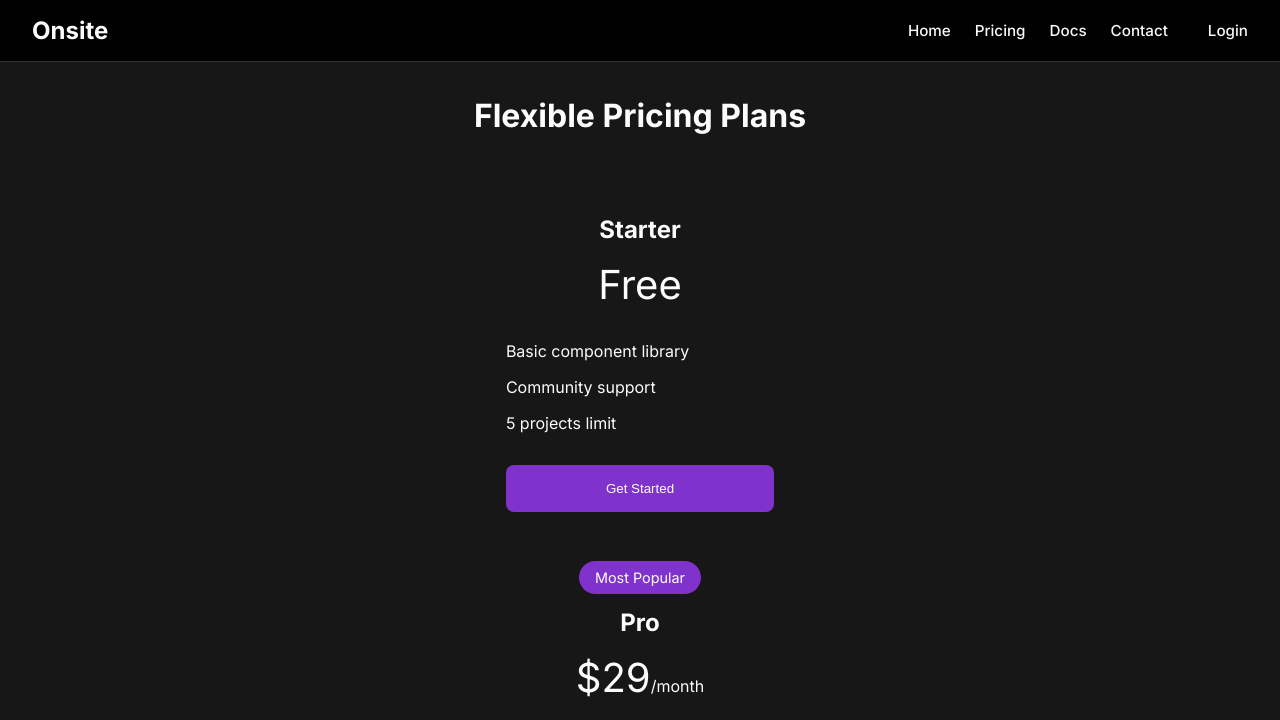
Repository: arifsoul/onsite
Page: /pricing (app in onsite/)
An editor plug-in stored every save of this project. The page is shown before and after the next save, followed by the edit.
The browser window is 1280 px wide. The pictures show the whole page.
An inner scrolling area shows only its first screen. The project was rebuilt for these pictures with package versions that can differ from the ones it lists, and the page was loaded fresh each time. Also part of the build but not shown: onsite/vite.config.js, onsite/src/components/Editor/CSSPanel.jsx, onsite/src/components/Editor/JSPanel.jsx, onsite/src/components/Editor/ComponentEditor.css, onsite/src/components/Editor/ComponentEditor.jsx, onsite/src/components/Preview/LivePreview.jsx, onsite/src/components/Auth/GoogleLogin.css, onsite/src/components/Auth/GoogleLogin.jsx and 12 more.

Above is the page before, as saved 2025-04-16 11:36:38.

### onsite/src/index.css
/* src/index.css */
@import url('https://fonts.googleapis.com/css2?family=Inter:wght@400;600;700&display=swap');

* {
  margin: 0;
  padding: 0;
  box-sizing: border-box;
}

html, body {
  height: 100%;
  width: 100%;
  overflow-x: hidden; /* Mencegah scroll horizontal */
}

body {
  font-family: 'Inter', sans-serif;
  background-color: #f8f9fa;
}

#root {
  display: flex;
  flex-direction: column;
  min-height: 100vh;
  width: 100%;
}

### onsite/src/App.jsx
import { BrowserRouter as Router, Routes, Route } from 'react-router-dom';
import { Auth0Provider } from '@auth0/auth0-react';
import { CodeProvider } from './context/CodeContext';
import Home from './pages/Home';
import Editor from './pages/Editor';
import Login from './pages/Login';
import Pricing from './pages/Pricing';
import Docs from './pages/Docs';
import Contact from './pages/Contact';
import './App.css';

function App() {
  return (
    <Auth0Provider
      domain={import.meta.env.VITE_AUTH0_DOMAIN}
      clientId={import.meta.env.VITE_AUTH0_CLIENT_ID}
      redirectUri={window.location.origin}
    >
      <CodeProvider>
        <Router>
          <Routes>
            <Route path="/" element={<Home />} />
            <Route path="/login" element={<Login />} />
            <Route path="/editor" element={<Editor />} />
            <Route path="/pricing" element={<Pricing />} />
            <Route path="/docs" element={<Docs />} />
            <Route path="/contact" element={<Contact />} />
          </Routes>
        </Router>
      </CodeProvider>
    </Auth0Provider>
  );
}

export default App;

### onsite/src/context/CodeContext.jsx
import { createContext, useState, useContext } from 'react';

export const CodeContext = createContext();

export const CodeProvider = ({ children }) => {
  const [generatedCode, setGeneratedCode] = useState({
    html: '',
    css: '',
    js: '',
  });
  const [components, setComponents] = useState([]);

  const updateComponent = (id, updates) => {
    setComponents((prev) =>
      prev.map((comp) =>
        comp.id === id ? { ...comp, ...updates } : comp
      )
    );
  };

  return (
    <CodeContext.Provider
      value={{ generatedCode, setGeneratedCode, components, setComponents, updateComponent }}
    >
      {children}
    </CodeContext.Provider>
  );
};

export const useCode = () => useContext(CodeContext);

### onsite/src/pages/Pricing.jsx
import React from 'react';
import './Pricing.css';
import NavMenu from '../components/Navigation/NavMenu';

const Pricing = () => {
  return (
    <div className="pricing-page">
      <header className="home-header">
        <NavMenu />
      </header>
      <h1>Flexible Pricing Plans</h1>
      <div className="pricing-cards">
        <div className="pricing-card">
          <h2>Starter</h2>
          <div className="price">Free</div>
          <ul>
            <li>Basic component library</li>
            <li>Community support</li>
            <li>5 projects limit</li>
          </ul>
          <button className="cta-button">Get Started</button>
        </div>

        <div className="pricing-card popular">
          <div className="popular-badge">Most Popular</div>
          <h2>Pro</h2>
          <div className="price">$29<span>/month</span></div>
          <ul>
            <li>Full component library</li>
            <li>Priority support</li>
            <li>Unlimited projects</li>
            <li>AI Code Generation</li>
          </ul>
          <button className="cta-button">Go Pro</button>
        </div>

        <div className="pricing-card">
          <h2>Enterprise</h2>
          <div className="price">Custom</div>
          <ul>
            <li>Dedicated support</li>
            <li>Team collaboration</li>
            <li>Custom components</li>
            <li>SSO & Security</li>
          </ul>
          <button className="cta-button">Contact Sales</button>
        </div>
      </div>
    </div>
  );
};

export default Pricing;

### onsite/src/components/Navigation/NavMenu.jsx
import React, { useState } from 'react';
import { Link } from 'react-router-dom';
import GoogleLogin from '../Auth/GoogleLogin';
import './NavMenu.css';

const NavMenu = () => {
  const [isOpen, setIsOpen] = useState(false);

  const toggleMenu = () => {
    setIsOpen(!isOpen);
  };

  return (
    <nav className="nav-menu">
      <div className="nav-logo">
        <Link to="/" onClick={() => setIsOpen(false)}>
          <h1>Onsite</h1>
        </Link>
      </div>
      <button className="hamburger" onClick={toggleMenu} aria-label="Toggle menu">
        <span className="hamburger-icon"></span>
      </button>
      <ul className={isOpen ? 'open' : ''}>
        <li><Link to="/" onClick={() => setIsOpen(false)}>Home</Link></li>
        <li><Link to="/pricing" onClick={() => setIsOpen(false)}>Pricing</Link></li>
        <li><Link to="/docs" onClick={() => setIsOpen(false)}>Docs</Link></li>
        <li><Link to="/contact" onClick={() => setIsOpen(false)}>Contact</Link></li>
        <li className="nav-login">
          <Link to="/login" onClick={() => setIsOpen(false)}>Login</Link>
        </li>
      </ul>
    </nav>
  );
};

export default NavMenu;

### onsite/src/pages/Home.css
@import url('https://fonts.googleapis.com/css2?family=Inter:wght@300;400;500;600;700&display=swap');

:root {
  --gray1: hsl(0, 0%, 99%);
  --gray2: hsl(0, 0%, 97.3%);
  --gray3: hsl(0, 0%, 95.1%);
  --gray4: hsl(0, 0%, 93%);
  --gray12: hsl(0, 0%, 9%);
  --primary: hsl(270, 60%, 50%);
  --primary-hover: hsl(270, 60%, 45%);
  --normal-bg: hsl(0, 0%, 9%);
  --normal-border: hsl(0, 0%, 20%);
  --normal-text: hsl(0, 0%, 99%);
}

body {
  margin: 0;
  font-family: 'Inter', ui-sans-serif, system-ui, -apple-system, BlinkMacSystemFont, 'Segoe UI', Roboto, 'Helvetica Neue', Arial, 'Noto Sans', sans-serif;
  background: var(--normal-bg);
  color: var(--normal-text);
  overflow-x: hidden;
}

/* Layout Container */
.home-container {
  display: flex;
  flex-direction: column;
  min-height: 100vh;
  max-width: 100%;
}

/* Header */
.home-header {
  display: flex;
  justify-content: space-between;
  align-items: center;
  padding: 1rem 2rem;
  background: rgba(0, 0, 0, 0.95);
  border-bottom: 1px solid var(--normal-border);
  position: fixed;
  top: 0;
  left: 0;
  width: 100%;
  z-index: 1000;
}

.header-content {
  display: flex;
  justify-content: space-between;
  align-items: center;
  max-width: 1440px;
  width: 100%;
  margin: 0 auto;
}

.logo h1 {
  font-size: 1.5rem;
  font-weight: 700;
  color: var(--gray1);
  margin: 0;
}

.logo span {
  font-size: 0.875rem;
  font-weight: 400;
  color: var(--gray3);
}

.nav-menu ul {
  list-style: none;
  display: flex;
  gap: 1.5rem;
  margin: 0;
  padding: 0;
}

.nav-menu a {
  text-decoration: none;
  color: var(--gray2);
  font-weight: 500;
  font-size: 0.95rem;
  transition: color 0.2s ease;
}

.nav-menu a:hover {
  color: var(--primary);
}

/* Main Content */
.home-main {
  padding: 80px 2rem 2rem;
  max-width: 1440px;
  margin: 0 auto;
  width: 100%;
}

/* Hero Section */
.hero-section {
  text-align: center;
  padding: 6rem 2rem;
  border-radius: 16px;
  margin-bottom: 4rem;
}

.hero-section h1 {
  font-size: 3rem;
  font-weight: 700;
  margin-bottom: 1.5rem;
  color: var(--gray1);
}

.hero-section p {
  font-size: 1.2rem;
  font-weight: 400;
  max-width: 800px;
  margin: 0 auto 2rem;
  color: var(--gray3);
}

.hero-cta {
  display: inline-flex;
  align-items: center;
  gap: 0.5rem;
  padding: 0.75rem 2rem;
  background: linear-gradient(90deg, var(--primary), hsl(270, 60%, 60%));
  color: var(--gray1);
  text-decoration: none;
  border-radius: 9999px;
  font-size: 1rem;
  font-weight: 600;
  transition: background 0.3s ease, transform 0.2s ease;
}

.hero-cta:hover {
  background: linear-gradient(90deg, var(--primary-hover), hsl(270, 60%, 55%));
  transform: translateY(-2px);
}

/* Feature Section */
.feature-section {
  margin-bottom: 4rem;
}

.feature-header {
  text-align: center;
  margin-bottom: 3rem;
}

.feature-header h2 {
  font-size: 2.25rem;
  font-weight: 700;
  color: var(--gray1);
}

.feature-header p {
  font-size: 1.1rem;
  color: var(--gray3);
  max-width: 800px;
  margin: 0.5rem auto 0;
}

.feature-list {
  display: grid;
  grid-template-columns: repeat(auto-fit, minmax(300px, 1fr));
  gap: 2rem;
  list-style: none;
  padding: 0;
}

.feature-card {
  padding: 2rem;
  background: rgba(255, 255, 255, 0.05);
  border: 1px solid var(--normal-border);
  border-radius: 16px;
  transition: transform 0.3s ease, box-shadow 0.3s ease;
}

.feature-card:hover {
  transform: translateY(-5px);
  box-shadow: 0 4px 12px rgba(0, 0, 0, 0.2);
}

.feature-icon {
  width: 24px;
  height: 24px;
  color: var(--primary);
  margin-bottom: 1rem;
}

.feature-card h3 {
  font-size: 1.5rem;
  font-weight: 600;
  color: var(--gray1);
  margin-bottom: 0.5rem;
}

.feature-card p {
  font-size: 1rem;
  color: var(--gray3);
}

/* Code Playground */
.code-playground {
  display: flex;
  flex-direction: column;
  gap: 2rem;
  padding: 3rem 2rem;
  background: rgba(255, 255, 255, 0.03);
  border-radius: 16px;
  margin-bottom: 4rem;
}

.playground-header {
  text-align: center;
  margin-bottom: 2rem;
}

.playground-header h2 {
  font-size: 2.25rem;
  font-weight: 700;
  color: var(--gray1);
}

.playground-header p {
  font-size: 1.1rem;
  color: var(--gray3);
}

.generator-section,
.preview-section,
.editor-section {
  padding: 2rem;
  background: rgba(255, 255, 255, 0.05);
  border: 1px solid var(--normal-border);
  border-radius: 12px;
}

.generator-section h3,
.preview-section h3,
.editor-section h3 {
  font-size: 1.75rem;
  font-weight: 600;
  color: var(--gray1);
  margin-bottom: 1rem;
}

.generator-inputs {
  display: flex;
  flex-direction: column;
  gap: 1.5rem;
  width: 100%;
}

.generator-file h4 {
  font-size: 1.1rem;
  font-weight: 500;
  color: var(--gray2);
  margin-bottom: 0.5rem;
}

.generator-file textarea,
.code-editor textarea {
  width: 100%;
  height: 200px;
  font-family: 'Courier New', monospace;
  font-size: 0.95rem;
  padding: 1rem;
  border: none;
  border-radius: 8px;
  background: hsl(0, 0%, 12%);
  color: var(--gray1);
  resize: vertical;
  box-shadow: inset 0 2px 8px rgba(0, 0, 0, 0.1);
  transition: box-shadow 0.2s ease;
}

.generator-file textarea:focus,
.code-editor textarea:focus {
  outline: none;
  box-shadow: 0 0 0 3px rgba(108, 67, 255, 0.3);
}

.preview-iframe {
  width: 100%;
  height: 450px;
  border: none;
  border-radius: 12px;
  background: hsl(0, 0%, 12%);
  box-shadow: 0 4px 12px rgba(0, 0, 0, 0.2);
}

.tabs {
  display: flex;
  gap: 0.5rem;
  margin-bottom: 1rem;
}

.tabs button {
  padding: 0.5rem 1.5rem;
  background: rgba(255, 255, 255, 0.1);
  border: 1px solid var(--normal-border);
  border-radius: 9999px;
  font-size: 0.95rem;
  font-weight: 500;
  color: var(--gray2);
  cursor: pointer;
  transition: all 0.2s ease;
}

.tabs button.active {
  background: var(--primary);
  color: var(--gray1);
  border-color: var(--primary);
}

.tabs button:hover:not(.active) {
  background: rgba(255, 255, 255, 0.15);
}

/* Footer */
.home-footer {
  text-align: center;
  padding: 2rem;
  background: rgba(0, 0, 0, 0.95);
  border-top: 1px solid var(--normal-border);
  color: var(--gray3);
  font-size: 0.9rem;
}

.footer-content {
  max-width: 1440px;
  margin: 0 auto;
  display: flex;
  justify-content: center;
  align-items: center;
  gap: 1rem;
}

.footer-link {
  color: var(--primary);
  text-decoration: none;
}

.footer-link:hover {
  text-decoration: underline;
}

/* Animations */
@keyframes fadeIn {
  from { opacity: 0; transform: translateY(10px); }
  to { opacity: 1; transform: translateY(0); }
}

.hero-section,
.feature-card,
.generator-section,
.preview-section,
.editor-section {
  animation: fadeIn 0.5s ease-out;
}

/* Responsive Design */
@media (max-width: 1024px) {
  .home-main {
    padding: 80px 1rem 2rem;
  }

  .feature-list {
    grid-template-columns: 1fr;
  }

  .feature-card {
    width: 90%;
    margin: 0 auto;
  }

  .hero-section h1 {
    font-size: 2.5rem;
  }

  .hero-section p {
    font-size: 1.1rem;
    max-width: 600px;
  }
}

@media (max-width: 768px) {
  .home-header {
    flex-direction: column;
    align-items: flex-start;
    padding: 1rem;
  }

  .header-content {
    flex-direction: column;
    align-items: flex-start;
    gap: 1rem;
  }

  .nav-menu ul {
    flex-direction: column;
    gap: 0.75rem;
    width: 100%;
  }

  .hero-section {
    padding: 4rem 1rem;
  }

  .hero-section h1 {
    font-size: 2rem;
  }

  .hero-section p {
    font-size: 1rem;
  }

  .code-playground {
    padding: 2rem 1rem;
  }

  .generator-section,
  .preview-section,
  .editor-section {
    padding: 1.5rem;
  }

  .generator-file textarea,
  .code-editor textarea {
    height: 150px;
  }

  .preview-iframe {
    height: 350px;
  }

  .feature-header h2,
  .playground-header h2 {
    font-size: 1.75rem;
  }

  .feature-header p,
  .playground-header p {
    font-size: 1rem;
  }
}

@media (max-width: 600px) {
  .home-main {
    padding: 70px 0.5rem 1rem;
  }

  .hero-cta {
    padding: 0.6rem 1.5rem;
    font-size: 0.9rem;
  }

  .generator-section h3,
  .preview-section h3,
  .editor-section h3 {
    font-size: 1.25rem;
  }

  .generator-file h4 {
    font-size: 0.95rem;
  }

  .tabs button {
    padding: 0.4rem 1rem;
    font-size: 0.85rem;
  }
}

### onsite/src/pages/Pricing.css
.pricing-page {
  padding: 4rem 2rem;
  max-width: 1200px;
  margin: 0 auto;
}

.pricing-cards {
  display: grid;
  gap: 2rem;
  grid-template-columns: repeat(auto-fit, minmax(300px, 1fr));
  margin-top: 3rem;
}

.pricing-card {
  background: var(--card-bg);
  border-radius: 12px;
  padding: 2rem;
  position: relative;
  border: 1px solid var(--border-color);
}

.pricing-card.popular {
  border-color: var(--primary);
}

.popular-badge {
  position: absolute;
  top: -15px;
  left: 50%;
  transform: translateX(-50%);
  background: var(--primary);
  color: white;
  padding: 0.5rem 1rem;
  border-radius: 20px;
  font-size: 0.9rem;
}

.price {
  font-size: 2.5rem;
  margin: 1rem 0;
  color: var(--text-primary);
}

.price span {
  font-size: 1rem;
  color: var(--text-secondary);
}

.pricing-card ul {
  list-style: none;
  padding: 0;
  margin: 1.5rem 0;
}

.pricing-card li {
  padding: 0.5rem 0;
  display: flex;
  align-items: center;
  gap: 0.5rem;
}

.cta-button {
  width: 100%;
  padding: 1rem;
  background: var(--primary);
  color: white;
  border: none;
  border-radius: 8px;
  cursor: pointer;
  transition: all 0.2s;
}

.cta-button:hover {
  background: var(--primary-hover);
}

### onsite/src/components/Preview/LivePreview.css
/* Menggunakan CDN Font Awesome untuk ikon */
@import url('https://cdnjs.cloudflare.com/ajax/libs/font-awesome/6.4.0/css/all.min.css');

.preview-container {
  display: flex;
  flex-direction: column;
  gap: 15px;
  width: 100%;
  background: linear-gradient(135deg, #2a2e35 0%, #4a4e69 100%); /* Darker gradient */
  padding: 20px;
  border-radius: 10px;
  box-shadow: 0 4px 12px rgba(0, 0, 0, 0.3); /* Stronger shadow for dark theme */
}

.preview-tabs {
  display: flex;
  gap: 10px;
}

.preview-tabs button {
  padding: 10px 20px;
  border: none;
  background: #3a3f4a; /* Darker button background */
  cursor: pointer;
  border-radius: 8px;
  font-size: 14px;
  font-weight: 600;
  color: #d4d4d4; /* Lighter text for contrast */
  transition: all 0.3s ease;
  display: flex;
  align-items: center;
  gap: 8px;
  box-shadow: 0 2px 6px rgba(0, 0, 0, 0.2);
}

.preview-tabs button.active {
  background: #007bff;
  color: white;
  box-shadow: 0 4px 8px rgba(0, 123, 255, 0.3);
}

.preview-tabs button:hover {
  background: #4a5263; /* Slightly lighter on hover */
  transform: translateY(-2px);
}

.preview-iframe-container {
  transition: height 0.3s ease;
  overflow: hidden;
}

.preview-iframe-container.expanded {
  height: 500px; /* Tinggi lebih besar untuk tampilan lebih luas */
}

.preview-iframe-container.collapsed {
  height: 0;
}

.preview-iframe {
  width: 100%;
  height: 100%;
  border: none;
  border-radius: 8px;
  background: #1e1e1e; /* Darker iframe background */
  box-shadow: 0 4px 12px rgba(0, 0, 0, 0.3);
}

.code-preview {
  display: flex;
  flex-direction: column;
  gap: 15px;
}

.code-tabs {
  display: flex;
  gap: 10px;
  flex-wrap: wrap;
}

.tab-container {
  display: flex;
  align-items: center;
  gap: 5px;
}

.code-tabs button {
  padding: 10px 20px;
  border: none;
  background: #3a3f4a; /* Darker button background */
  cursor: pointer;
  border-radius: 8px;
  font-size: 14px;
  font-weight: 600;
  color: #d4d4d4; /* Lighter text for contrast */
  transition: all 0.3s ease;
  display: flex;
  align-items: center;
  gap: 8px;
  box-shadow: 0 2px 6px rgba(0, 0, 0, 0.2);
}

.code-tabs button.active {
  background: #007bff;
  color: white;
  box-shadow: 0 4px 8px rgba(0, 123, 255, 0.3);
}

.code-tabs button:hover {
  background: #4a5263; /* Slightly lighter on hover */
  transform: translateY(-2px);
}

.copy-button {
  padding: 8px;
  background: #3a3f4a; /* Darker button background */
  border-radius: 6px;
  font-size: 12px;
  color: #d4d4d4; /* Lighter text */
}

.copy-button:hover {
  background: #4a5263; /* Slightly lighter on hover */
  transform: translateY(-2px);
}

.copy-button:active {
  background: #007bff;
  color: white;
}

.code-content {
  width: 100%;
  display: flex;
  flex-direction: column;
  justify-content: flex-start; /* Align content to the left */
  text-align: left; /* Ensure text is left-aligned */
}

/* Gaya untuk CodeMirror */
.cm-editor {
  border: 1px solid #4a4e69; /* Darker border */
  border-radius: 8px;
  background: #1a1a1a; /* Darker editor background */
  color: #d4d4d4;
  box-shadow: 0 4px 12px rgba(0, 0, 0, 0.3);
  text-align: left; /* Explicitly left-align code */
}

.cm-editor:focus {
  outline: none;
  border-color: #007bff;
  box-shadow: 0 0 8px rgba(0, 123, 255, 0.3);
}

### onsite/src/components/Navigation/NavMenu.css
.nav-menu {
    display: flex;
    align-items: center;
    justify-content: space-between;
    width: 100%;
  }

  .nav-logo h1 {
    font-size: 1.5rem;
    font-weight: 700;
    color: var(--gray1);
    margin: 0;
  }

  .nav-menu ul {
    list-style: none;
    display: flex;
    gap: 1.5rem;
    margin: 0;
    padding: 0;
  }

  .nav-menu li {
    display: flex;
    align-items: center;
  }

  .nav-menu a {
    text-decoration: none;
    color: var(--gray2);
    font-weight: 500;
    font-size: 0.95rem;
    transition: color 0.2s ease;
  }

  .nav-menu a:hover {
    color: var(--primary);
  }

  .nav-login {
    margin-left: 1rem;
  }

  /* Hamburger styles */
  .hamburger {
    display: none;
    background: none;
    border: none;
    cursor: pointer;
    padding: 0.5rem;
  }

  .hamburger-icon,
  .hamburger-icon::before,
  .hamburger-icon::after {
    width: 24px;
    height: 3px;
    background: var(--gray2);
    display: block;
    transition: all 0.3s ease;
  }

  .hamburger-icon {
    position: relative;
  }

  .hamburger-icon::before,
  .hamburger-icon::after {
    content: '';
    position: absolute;
    left: 0;
  }

  .hamburger-icon::before {
    top: -8px;
  }

  .hamburger-icon::after {
    bottom: -8px;
  }

  .nav-menu.open .hamburger-icon {
    background: transparent;
  }

  .nav-menu.open .hamburger-icon::before {
    transform: rotate(45deg);
    top: 0;
  }

  .nav-menu.open .hamburger-icon::after {
    transform: rotate(-45deg);
    bottom: 0;
  }

  /* Mobile styles */
  @media (max-width: 768px) {
    .nav-menu {
      position: relative;
      flex-wrap: wrap;
    }

    .nav-logo {
      flex: 1;
    }

    .hamburger {
      display: block;
      z-index: 1001;
    }

    .nav-menu ul {
      display: none;
      flex-direction: column;
      position: absolute;
      top: 100%;
      left: 0;
      width: 100%;
      background: rgba(0, 0, 0, 0.95);
      padding: 1rem;
      border-bottom: 1px solid var(--normal-border);
      z-index: 1000;
    }

    .nav-menu ul.open {
      display: flex;
    }

    .nav-menu li {
      padding: 0.75rem 0;
      justify-content: center;
    }

    .nav-menu a {
      font-size: 1rem;
    }

    .nav-login {
      margin-left: 0;
      width: 100%;
      justify-content: center;
    }
  }

  /* Ensure header compatibility */
  @media (max-width: 768px) {
    .home-header {
      position: relative;
    }
  }

Loaded but not shown: onsite/index.html (common file); onsite/src/main.jsx (common file); onsite/src/App.css (common file)

After the next save:
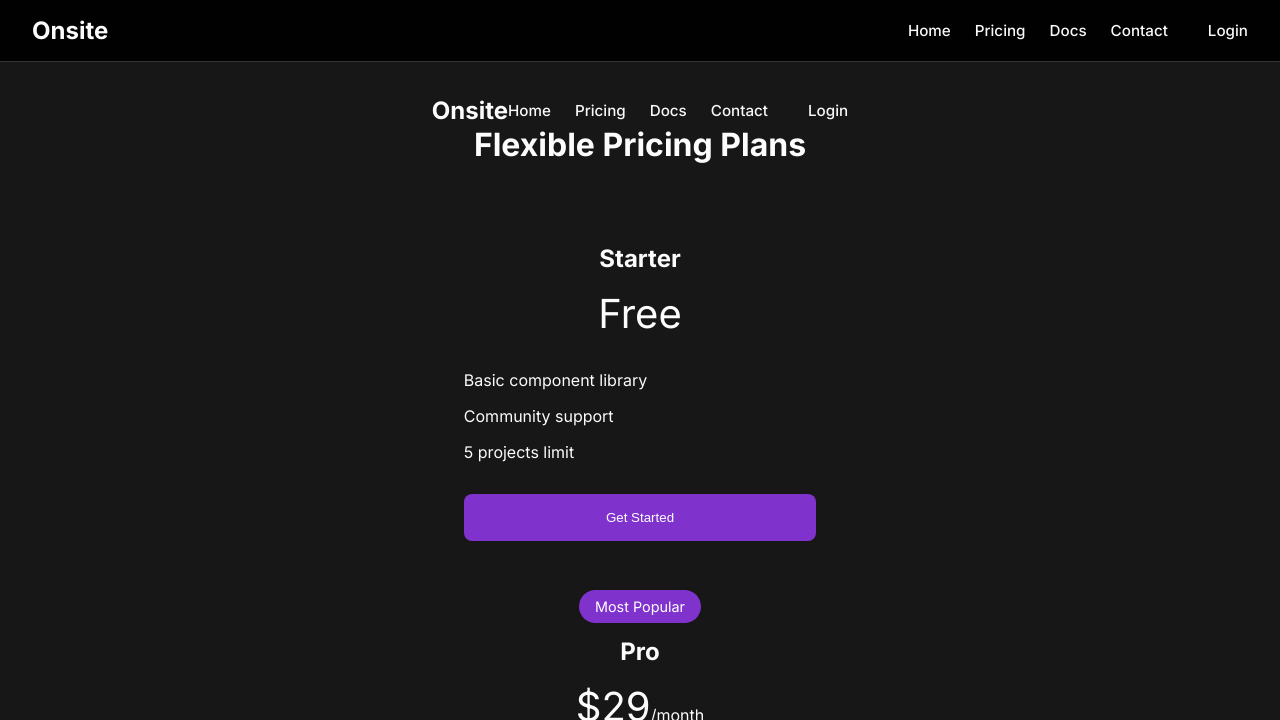
Saved 3 min 15 s later.
--- a/onsite/src/pages/Pricing.jsx
+++ b/onsite/src/pages/Pricing.jsx
@@ -5,6 +5,7 @@
 const Pricing = () => {
   return (
     <div className="pricing-page">
+      <NavMenu />
       <header className="home-header">
         <NavMenu />
       </header>
